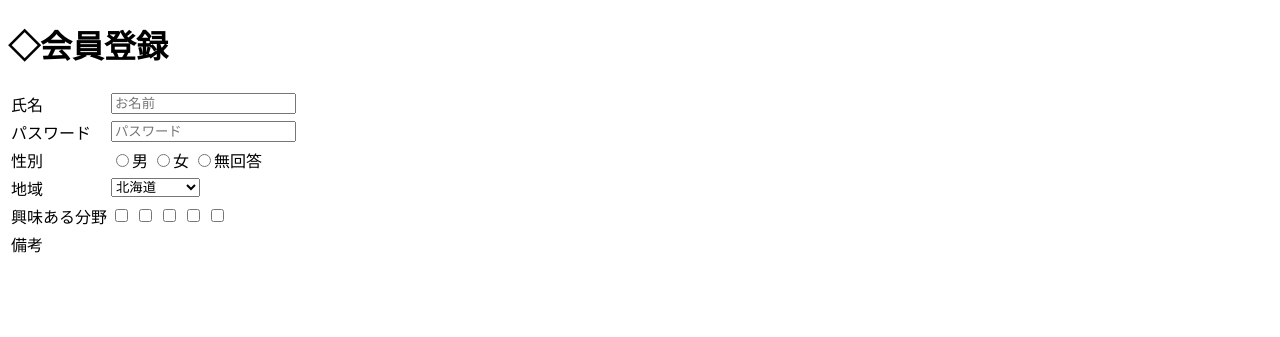
Repository: hideck/STSWorkspace
Page: Registration/src/main/resources/static/input.html
These files come from the project's save history. The page is drawn as it stood at one moment and after the next save; the edit follows.
The browser window is 1280 px wide. The pictures show the whole page.

Above is the page before, as saved 2022-06-22 12:57:42.

After the next save:
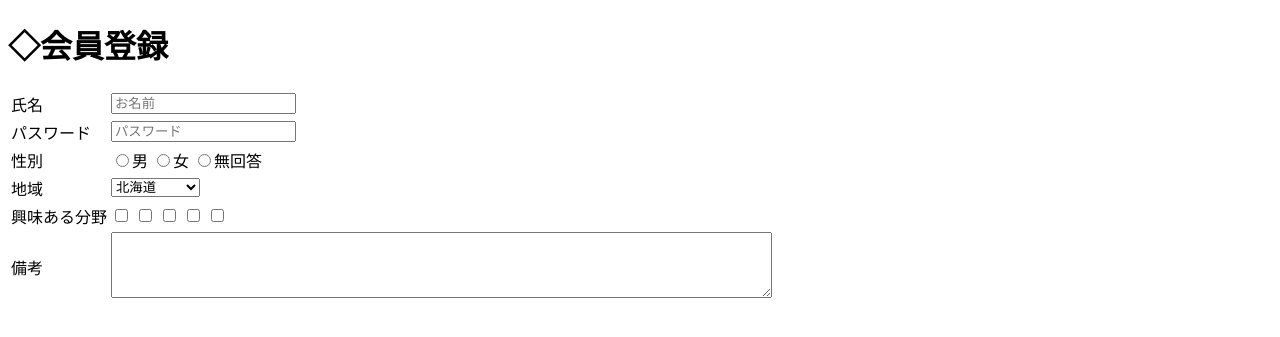
Saved 93 s later.
--- a/Registration/src/main/resources/static/input.html
+++ b/Registration/src/main/resources/static/input.html
@@ -46,7 +46,7 @@
 		</tr>
 		<tr>
 			<td>備考</td>
-			<td></td>
+			<td><textarea name="remarks" cols="80" rows="4"></textarea></td>
 		</tr>
 	</table>
 </body>
